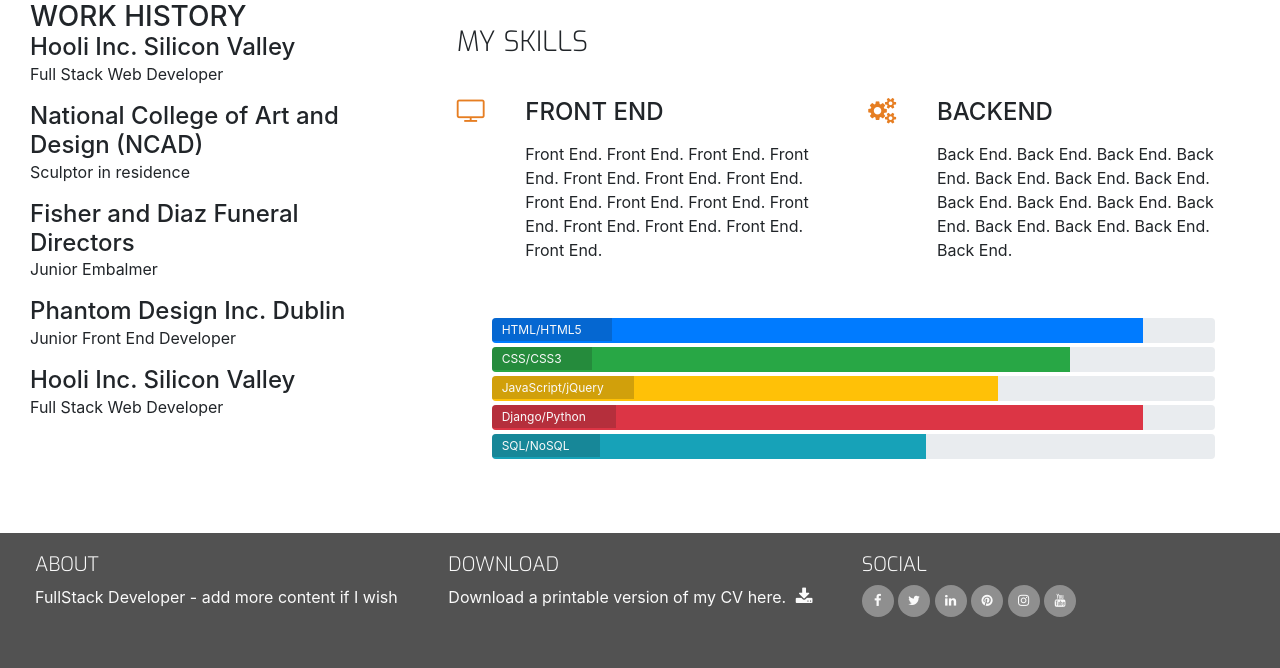
Repository: JustWhiteGit/Rosies-Resume
Page: resume.html
The author's editor kept a record of every edit. The page is drawn from the files as they stood at one moment, then again after the next edit.
The browser window is 1280 px wide. The pictures show the part of the page from y = 369 to 1037 px (the page is 1037 px tall).

Above is the page before.

### resume.html
<!DOCTYPE html>
<html lang="en">

<head>
    <meta charset="UTF-8">
    <meta name="viewport" content="width=device-width, initial-scale=1.0">
    <meta http-equiv="X-UA-Compatible" content="ie=edge">
    <link rel="stylesheet" href="https://stackpath.bootstrapcdn.com/bootstrap/4.3.1/css/bootstrap.min.css" type="text/css" />
    <link rel="stylesheet" href="https://stackpath.bootstrapcdn.com/font-awesome/4.7.0/css/font-awesome.min.css" type="text/css" />
    <link rel="stylesheet" href="https://cdnjs.cloudflare.com/ajax/libs/hover.css/2.3.1/css/hover-min.css" type="text/css" />
    <link rel="stylesheet" href="assets/css/styles.css" type="text/css" />
    <title>Rosie</title>
</head>

<body>
    <header>
        <div class="row no-gutters">
            <a href="index.html" class="col-md-4 logo"></a>
            <div class="col-md-8">
                <div class="row no-gutters bg-color-name-title">
                    <div class="col heading">
                        <h1 class="name">Rosie Odenkirk</h1>
                        <h2 class="title">Full Stack Developer</h2>
                    </div>
                </div>
                <div class="row no-gutters">
                    <div class="col">
                        <ul id="nav" class="list-inline menucontainer">
                            <li class="col-6 col-sm-3 ui-menu-color-home list-inline-item menuitem">
                                <a href="#" class="hvr-sweep-to-bottom"><i class="fa fa-home" aria-hidden="true"></i><span>Home</span></a>
                            </li>
                            <li class="col-6 col-sm-3 ui-menu-color-resume list-inline-item menuitem">
                                <a href="#" class="hvr-sweep-to-bottom"><i class="fa fa-graduation-cap" aria-hidden="true"></i><span>Resume</span></a>
                            </li>
                            <li class="col-6 col-sm-3 ui-menu-color-contact list-inline-item menuitem">
                                <a href="#" class="hvr-sweep-to-bottom"><i class="fa fa-comment-o" aria-hidden="true"></i><span>Contact</span></a>
                            </li>
                            <li class="col-6 col-sm-3 ui-menu-color-download list-inline-item menuitem">
                                <a href="#" class="hvr-sweep-to-bottom"><i class="fa fa-download" aria-hidden="true"></i><span>Download</span></a>
                            </li>
                        </ul>
                    </div>
                </div>
            </div>
        </div>

    </header>

    <section class="container-fluid">
        <div class="row">
            <div class="col-md-4 bg-color-work-history section-column">
                <div class="row">
                    <div class="col-12">
                        <h3 class="history-heading uppercase">
                            Work History
                        </h3>
                    </div>
                </div>
                <div class="history-items">
                    <div class="timeline-item" data-dates="06/2011 - Present">
                        <h4>Hooli Inc. Silicon Valley</h4>
                        <p>Full Stack Web Developer</p>
                    </div>
                    <div class="timeline-item" data-dates="02/1998 - 04/2004">
                        <h4>National College of Art and Design (NCAD)</h4>
                        <p>Sculptor in residence</p>
                    </div>
                    <div class="timeline-item" data-dates="04/2004 - 06/2008">
                        <h4>Fisher and Diaz Funeral Directors</h4>
                        <p>Junior Embalmer</p>
                    </div>
                    <div class="timeline-item" data-dates="06/2008 - 06/2011">
                        <h4>Phantom Design Inc. Dublin</h4>
                        <p>Junior Front End Developer</p>
                    </div>
                    <div class="timeline-item" data-dates="06/2011 - Present">
                        <h4>Hooli Inc. Silicon Valley</h4>
                        <p>Full Stack Web Developer</p>
                    </div>
                </div>
            </div>
            <div class="col-md-8 bg-color-three-reasons section-column">
                <div class="row">
                    <div class="col">
                        <h3 class="section-heading uppercase">My Skills </h3>
                    </div>
                </div>
                <div class="row">
                    <div class="col-10 offset-1 offset-sm-0 col-sm-4 col-md-6">
                        <div class="row">
                            <div class="col-2">
                                <i class="three-reasons-icon fa fa-tv" aria-hidden="true"></i>
                            </div>
                            <div class="col-10">
                                <h4 class="three-reasons-heading uppercase">Front End</h4>
                                <p>Front End. Front End. Front End. Front End. Front End. Front End. Front End. Front End. Front End. Front End. Front End. Front End. Front End. Front End. Front End.</p>
                            </div>
                        </div>
                    </div>
                    <div class="col-10 offset-1 offset-sm-0 col-sm-4 col-md-6">
                        <div class="row">
                            <div class="col-2">
                                <i class="three-reasons-icon fa fa-gears" aria-hidden="true"></i>
                            </div>
                            <div class="col-10">
                                <h4 class="three-reasons-heading uppercase">Backend</h4>
                                <p>Back End. Back End. Back End. Back End. Back End. Back End. Back End. Back End. Back End. Back End. Back End. Back End. Back End. Back End. Back End. </p>
                            </div>
                        </div>
                    </div>

                </div>
                <div class="row progress-section">
                    <div class="col">
                        <div class="progress">
                            <div class="progress-bar" role="progressbar" aria-valuenow="90" aria-valuemin="0" aria-valuemax="100" style="width:90%">
                                <span class="sr-only">90% complete</span>
                            </div>
                            <span class="progress-type">HTML/HTML5</span>
                        </div>
                        <div class="progress">
                            <div class="progress-bar bg-success" role="progressbar" aria-valuenow="80" aria-valuemin="0" aria-valuemax="100" style="width:80%">
                                <span class="sr-only">80% complete</span>
                            </div>
                            <span class="progress-type">CSS/CSS3</span>
                        </div>
                        <div class="progress">
                            <div class="progress-bar bg-warning" role="progressbar" aria-valuenow="70" aria-valuemin="0" aria-valuemax="100" style="width:70%">
                                <span class="sr-only">70% complete</span>
                            </div>
                            <span class="progress-type">JavaScript/jQuery</span>
                        </div>
                        <div class="progress">
                            <div class="progress-bar bg-danger" role="progressbar" aria-valuenow="90" aria-valuemin="0" aria-valuemax="100" style="width:90%">
                                <span class="sr-only">90% complete</span>
                            </div>
                            <span class="progress-type">Django/Python</span>
                        </div>
                        <div class="progress">
                            <div class="progress-bar bg-info" role="progressbar" aria-valuenow="60" aria-valuemin="0" aria-valuemax="100" style="width:60%">
                                <span class="sr-only">60% complete</span>
                            </div>
                            <span class="progress-type">SQL/NoSQL</span>
                        </div>
                    </div>
                </div>
            </div>
        </div>
        </div>
    </section>

    <footer class="container-fluid">
        <div id="footer-details" class="row">
            <div class="col-sm-4">
                <h5 class="uppercase general-sub">About</h5>
                <p class="inline-block">
                    FullStack Developer - add more content if I wish
                </p>
            </div>
            <div class="col-sm-4">
                <h5 class="uppercase general-sub">Download</h5>
                <p class="inline-block">
                    Download a printable version of my CV here.
                    <a href="#" target="_blank" class="cv-pdf">
                        <i class="fa fa-download" aria-hidden="true"></i>
                        <span class="sr-only">Download link.</span>
                    </a>
                </p>
            </div>
            <div class="col-sm-4">
                <h5 class="uppercase general-sub">Social</h5>
                <ul class="list-inline social-links">
                    <li class="list-inline-item">
                        <a target="_blank" href="#">
                            <i class="fa fa-facebook" aria-hidden="true"></i>
                            <span class="sr-only">Facebook</span>
                        </a>
                    </li>
                    <li class="list-inline-item">
                        <a target="_blank" href="#">
                            <i class="fa fa-twitter" aria-hidden="true"></i>
                            <span class="sr-only">Twitter</span>
                        </a>
                    </li>
                    <li class="list-inline-item">
                        <a target="_blank" href="#">
                            <i class="fa fa-linkedin" aria-hidden="true"></i>
                            <span class="sr-only">LinkedIn</span>
                        </a>
                    </li>
                    <li class="list-inline-item">
                        <a target="_blank" href="#">
                            <i class="fa fa-pinterest" aria-hidden="true"></i>
                            <span class="sr-only">Pinterest</span>
                        </a>
                    </li>
                    <li class="list-inline-item">
                        <a target="_blank" href="#">
                            <i class="fa fa-instagram" aria-hidden="true"></i>
                            <span class="sr-only">Instagram</span>
                        </a>
                    </li>
                    <li class="list-inline-item">
                        <a target="_blank" href="#">
                            <i class="fa fa-youtube" aria-hidden="true"></i>
                            <span class="sr-only">YouTube</span>
                        </a>
                    </li>
                </ul>

            </div>
        </div>


    </footer>
</body>

</html>

### assets/css/styles.css
@import url('https://fonts.googleapis.com/css?family=Roboto:100,200,300,400,500,600,700|Exo:100,200,300,400,500,600,700');

/*---------------------------------colors*/

.bg-color-name-title {
    background-color: #676767;
}

.bg-color-personal-info {
    background-color: #f4f4f4;
}

.bg-color-three-reasons {
    background-color: #fff;
}

.ui-menu-color-home {
    background-color: #e67e22;
}

.ui-menu-color-resume {
    background-color: #9b59b6;
}

.ui-menu-color-contact {
    background-color: #3498db;
}

.ui-menu-color-download {
    background-color: #525252;
}

/* --------------------------------special paddings/margins/text */

h1,
h2,
h3,
h4 {
    margin: 0;
}

.uppercase {
    text-transform: uppercase;
}

.general-sub {
    font-family: "Exo", sans-serif;
    font-weight: 300;
    color: #fafafa;
}

.row-table {
    display: table;
}


.section-column {
    display: table-cell;
    padding: 0 30px 30px;
    float: none;
}


.section-heading {

    font-family: "Exo", sans-serif;
    font-weight: 300;
    margin-top: 25px;
    margin-bottom: 40px;
}



/* --------------------------------heading */

header {
    margin: 0;
}

.heading {
    margin-left: 50px;
}

.logo {
    background: url("../images/rosie-resume.jpg");
    background-position: center;
    background-repeat: no-repeat;
    background-size: cover;
    min-height: 360px;
    transition: all .5s ease-in-out;
    -moz-transition: all .5s ease-in-out;
    -webkit-transition: all .5s ease-in-out;
}


.name {
    font-family: "Exo", sans-serif;
    font-weight: 100;
    font-size: 46px;
    margin-top: 50px;
    color: #fff;
}

.title {
    font-family: "Roboto", sans-serif;
    font-weight: 200;
    font-size: 28px;
    margin-top: 20px;
    margin-bottom: 90px;
    color: #fff;
}


.list-inline-item:not(:last-child) {
    margin: 0;
}

.menucontainer {
    font-size: 0;
}

#nav {
    margin: 0;
}

#nav li {
    font-size: 14px;
    padding: 0;
}

.menuitem {
    height: 120px;
    text-align: center;
    padding: 0;
}

.menuitem a {
    width: 100%;
    text-decoration: none;
    color: #fff;
    height: 120px;
}

.menuitem a i {
    padding-top: 22px;
    display: block;
    color: #fafafa;
    font-size: 26px;
}

.menuitem span {
    display: block;
    width: 100%;
    padding-top: 5px;
    text-align: center;
    text-transform: uppercase;
    font-size: 14px;
    font-weight: 300;
    letter-spacing: 2px;
}

/* --------------------------------hover.css */

.hvr-sweep-to-bottom:before {
    background-color: rgba(0, 0, 0, 0.2);
    height: 120px;
}


/* --------------------------------footer */

footer {
    background-color: #525252;
    color: #fafafa;
    min-height: 120px;
    margin: 0;
}

.cv-pdf i {
    font-size: 18px;
    color: #fafafa;
    text-align: center;
    padding-left: 5px;
    transition: all 0.35s ease-in-out;
    -moz-transition: all 0.35s ease-in-out;
    -webkit-transition: all 0.35s ease-in-out;
    -o-transition: all 0.35s ease-in-out;
}

.cv-pdf i:hover {
    color: #e84610;
}

.social-links {
    padding-bottom: 15px;
}

.social-links li a i {
    width: 32px;
    height: 32px;
    padding: 12px 0;
    border-radius: 50%;
    font-size: 13px;
    line-height: 7px;
    text-align: center;
    color: #fafafa;
    background: #8f8f8f;
    transition: all 0.35s ease-in-out;
    -moz-transition: all 0.35s ease-in-out;
    -webkit-transition: all 0.35s ease-in-out;
    -o-transition: all 0.35s ease-in-out;
}

.social-links li a i:hover {
    background: #e84610;

}

#footer-details {
    padding: 20px;
}


/* --------------------------------three reasons */

.three-reasons-icon {
    font-size: 26px;
    color: #e67e22;
}

.three-reasons-heading {
    margin-bottom: 15px;
}


/* --------------------------------personal info */

.personal-info-item {
    margin-bottom: 20px;
    display: block;
    clear: both;
}

.personal-info-item .key,
.personal-info-item .value {
    padding-right: 8px;
    display: inline-block;
}

.personal-info-item .key p,
.personal-info-item .value p {
    margin: 0;
}

.personal-info-item .key {
    width: 30%;
    margin-right: 21px;
    padding-top: 2px;
    vertical-align: top;
}

.personal-info-item .key p {
    font-weight: 700;
}


.personal-info-item .value {
    position: relative;
    width: 60%;
}


/* --------------------------------skills */

.progress {
    position: relative;
    height: 25px;
    margin-bottom: 4px;
}

.progress-type {
    position: absolute;
    left: 0px;
    font-weight: 400;
    padding: 3px 30px 2px 10px;
    color: #fafafa;
    background-color: rgba(25, 25, 25, 0.2);
}


.progress-section {
    margin: 40px 20px;
}

After the next edit:
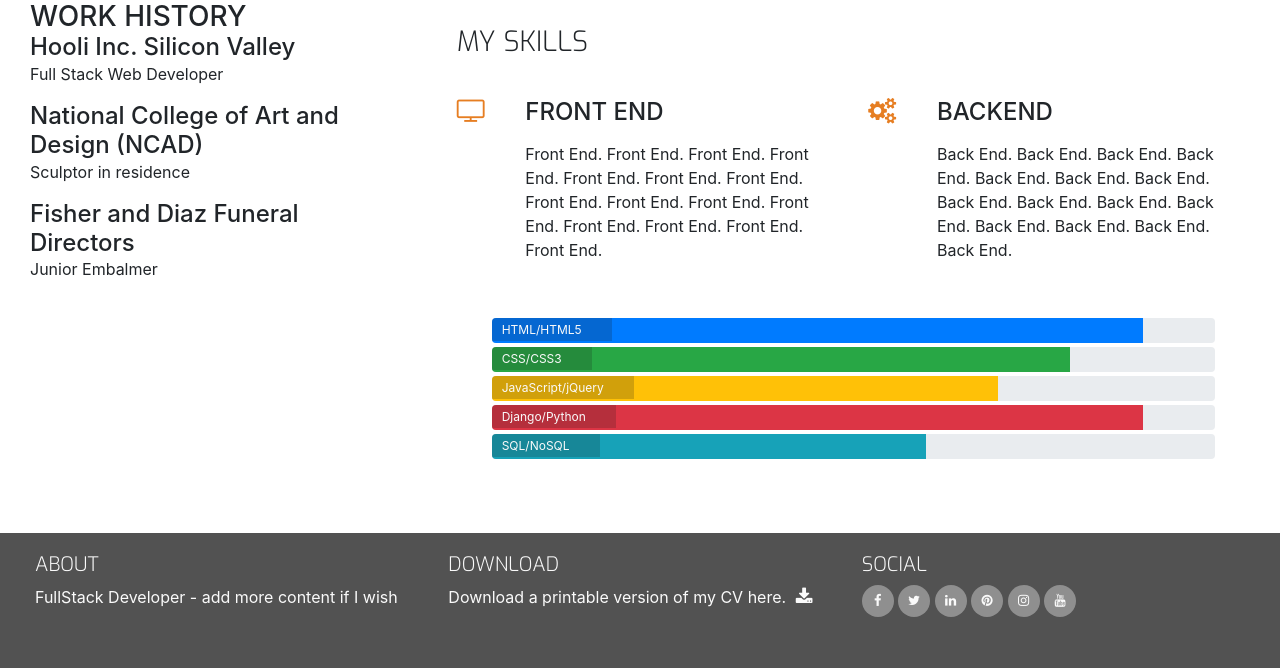
The edit:
--- a/resume.html
+++ b/resume.html
@@ -69,14 +69,7 @@
                         <h4>Fisher and Diaz Funeral Directors</h4>
                         <p>Junior Embalmer</p>
                     </div>
-                    <div class="timeline-item" data-dates="06/2008 - 06/2011">
-                        <h4>Phantom Design Inc. Dublin</h4>
-                        <p>Junior Front End Developer</p>
-                    </div>
-                    <div class="timeline-item" data-dates="06/2011 - Present">
-                        <h4>Hooli Inc. Silicon Valley</h4>
-                        <p>Full Stack Web Developer</p>
-                    </div>
+
                 </div>
             </div>
             <div class="col-md-8 bg-color-three-reasons section-column">
